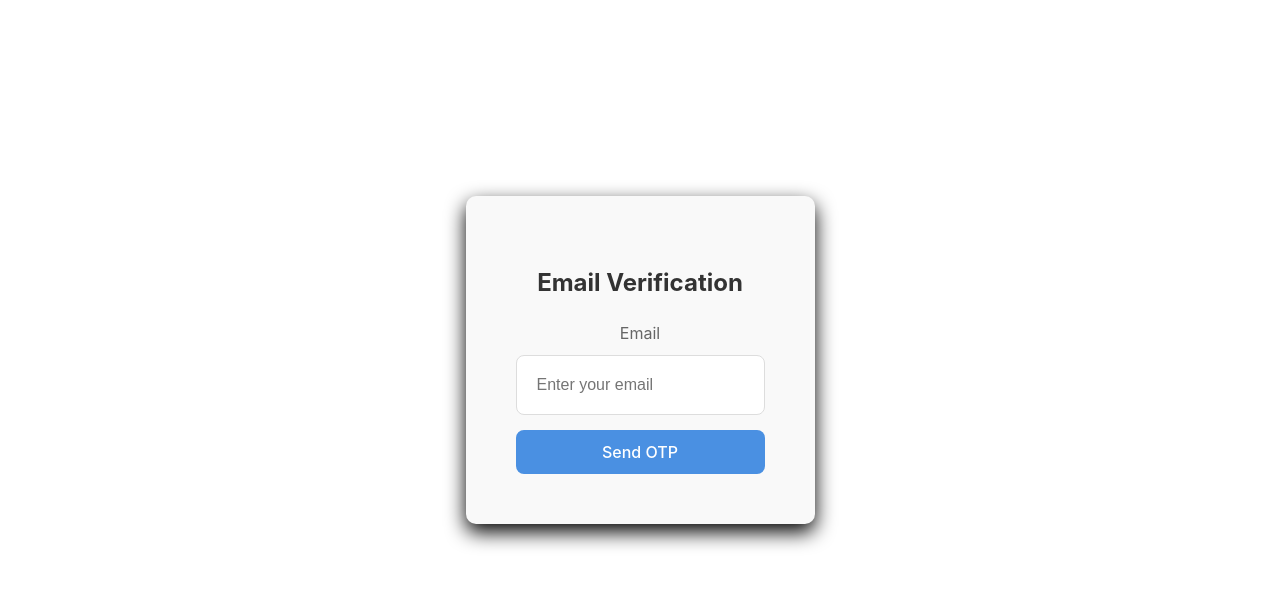
Repository: sarathraj2002/MockTest
Page: / (app in Frontend/)
The author's editor kept a copy of each file at every save. The page is drawn from the files as they stood at one save, then again after a run of saves.
The browser window is 1280 px wide. The pictures show the whole page.
The project was rebuilt for these pictures with package versions that can differ from the ones it lists, and the page was loaded fresh each time. Also part of the build but not shown: Frontend/vite.config.js, Frontend/src/components/Home.jsx, Frontend/src/components/Mail.jsx.

Above is the page before, as saved 2024-11-13 17:06:11.

### Frontend/index.html
<!doctype html>
<html lang="en">
  <head>
    <meta charset="UTF-8" />
    <link rel="icon" type="image/svg+xml" href="/vite.svg" />
    <meta name="viewport" content="width=device-width, initial-scale=1.0" />
    <title>MockTest</title>
  </head>
  <body>
    <div id="root"></div>
    <script type="module" src="/src/main.jsx"></script>
  </body>
</html>

### Frontend/src/main.jsx
import { StrictMode } from 'react'
import { createRoot } from 'react-dom/client'
import App from './App.jsx'
import './index.css'
import { BrowserRouter } from 'react-router-dom'


createRoot(document.getElementById('root')).render(
  <StrictMode>
     <BrowserRouter>
    <App />
    </BrowserRouter>
  </StrictMode>,
)

### Frontend/src/App.jsx
import { useState } from 'react'
import './App.css'
import Otp from './components/Otp'
import { Home } from './components/Home'
import { Route,Routes,useNavigate } from 'react-router-dom'
import Mail from './components/Mail'

function App() {
  const [email, setEmail] = useState('');
  const navigate = useNavigate();
  const handleEmailSubmit=(email)=>{
    setEmail(email);
    navigate('/check');
  }


  return (
    <>
    <Routes>
      <Route path='/' element={<Otp onEmailSubmit={handleEmailSubmit}/>}></Route>
      <Route path='/check' element={<Mail/>}></Route>
      <Route path='/home' element={<Home/>}></Route>
    </Routes>
    </>
  )
}

export default App

### Frontend/src/components/Otp.jsx
import React, { useState } from 'react';
import axios from 'axios';

function Email({ onEmailSubmit }) {
  const [email, setEmail] = useState('');
  const [otp, setOtp] = useState('');
  const [errorMessage, setErrorMessage] = useState('');
  const [otpSent, setOtpSent] = useState(false);


  const handleEmailSubmit = async (e) => {
    e.preventDefault();
    setErrorMessage('');
    try {

      const response = await axios.post('http://localhost:5000/api/send-otp', { email });
      const data = response.data;

      console.log(data);

      if (data.success) {
        setOtpSent(true);
        onEmailSubmit(email);
      } else {
        setErrorMessage('Error sending OTP. Please try again.');
      }
    } catch (error) {
      setErrorMessage('An error occurred while sending OTP.');
      console.error('Error:', error);
    }
  };


  const handleOtpSubmit = async (e) => {
    e.preventDefault();
    setErrorMessage('');
    try {
      const response = await axios.post('http://localhost:5000/api/verify-otp', { otp });
      const data = response.data;

      if (data.valid) {
        alert('OTP validated successfully!');
      } else {
        setErrorMessage(data.message || 'Invalid OTP. Please try again.');
      }
    } catch (error) {
      setErrorMessage('An error occurred while validating OTP.');
      console.error('Error:', error);
    }
  };

  return (
   <div
  style={{
    maxWidth: '800px',
    margin: 'auto',
    padding: '50px',
    textAlign: 'center',
    backgroundColor: '#f9f9f9',
    boxShadow: '0 8px 20px rgba(2, 2, 2, 1)',
    borderRadius: '10px',
  }}
>
  <h2 style={{ color: '#333', marginBottom: '20px' }}>Email Verification</h2>
  {!otpSent ? (
    <form onSubmit={handleEmailSubmit} style={{ display: 'flex', flexDirection: 'column' }}>
      <label htmlFor="email" style={{ marginBottom: '10px', color: '#666' }}>Email</label>
      <input
        id="email"
        type="email"
        value={email}
        onChange={(e) => setEmail(e.target.value)}
        required
        placeholder="Enter your email"
        style={{
          padding: '20px',
          marginBottom: '15px',
          borderRadius: '8px',
          border: '1px solid #ddd',
          fontSize: '16px',
        }}
      />
      <button
        type="submit"
        style={{
          padding: '12px 20px',
          backgroundColor: '#4a90e2',
          color: 'white',
          border: 'none',
          borderRadius: '8px',
          cursor: 'pointer',
          transition: 'background-color 0.3s',
        }}
        onMouseEnter={(e) => (e.target.style.backgroundColor = '#357ABD')}
        onMouseLeave={(e) => (e.target.style.backgroundColor = '#4a90e2')}
      >
        Send OTP
      </button>
      {errorMessage && (
        <p style={{ color: 'red', marginTop: '15px' }}>
          {errorMessage}
        </p>
      )}
    </form>
  ) : (
    <form onSubmit={handleOtpSubmit} style={{ display: 'flex', flexDirection: 'column' }}>
      <label htmlFor="otp" style={{ marginBottom: '10px', color: '#666' }}>Enter OTP</label>
      <input
        id="otp"
        type="text"
        value={otp}
        onChange={(e) => setOtp(e.target.value)}
        required
        placeholder="Enter OTP"
        style={{
          padding: '12px',
          marginBottom: '15px',
          borderRadius: '8px',
          border: '1px solid #ddd',
          fontSize: '16px',
        }}
      />
      <button
        type="submit"
        style={{
          padding: '12px 20px',
          backgroundColor: '#5cb85c',
          color: 'white',
          border: 'none',
          borderRadius: '8px',
          cursor: 'pointer',
          transition: 'background-color 0.3s',
        }}
        onMouseEnter={(e) => (e.target.style.backgroundColor = '#4CAE4C')}
        onMouseLeave={(e) => (e.target.style.backgroundColor = '#5cb85c')}
      >
        Validate OTP
      </button>
      {errorMessage && (
        <p style={{ color: 'red', marginTop: '15px' }}>
          {errorMessage}
        </p>
      )}
    </form>
  )}
</div>
)}
export default Email;

Loaded but not shown: Frontend/src/index.css (common file); Frontend/src/App.css (common file)

After the next 3 saves:
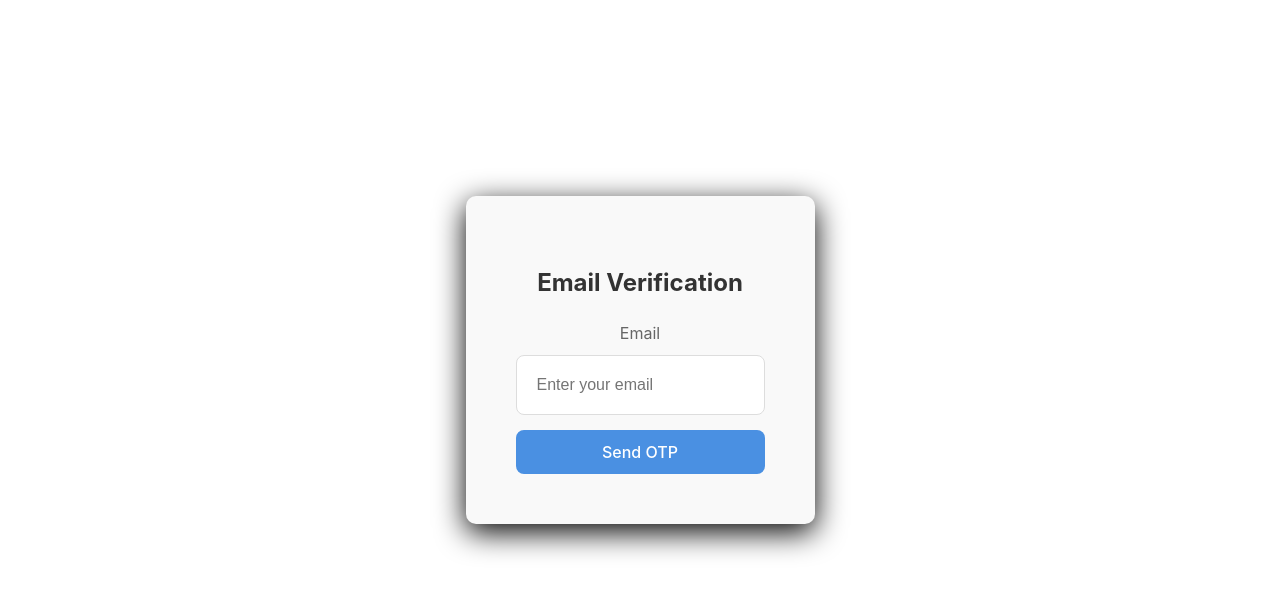
The 3 saves are shown as one change because they came seconds apart.
The last was saved 22 s later.
--- a/Frontend/src/components/Otp.jsx
+++ b/Frontend/src/components/Otp.jsx
@@ -57,7 +57,7 @@ function Email({ onEmailSubmit }) {
     padding: '50px',
     textAlign: 'center',
     backgroundColor: '#f9f9f9',
-    boxShadow: '0 8px 20px rgba(2, 2, 2, 1)',
+    boxShadow: '0 8px 30px rgba(2, 2, 2, 1)',
     borderRadius: '10px',
   }}
 >
